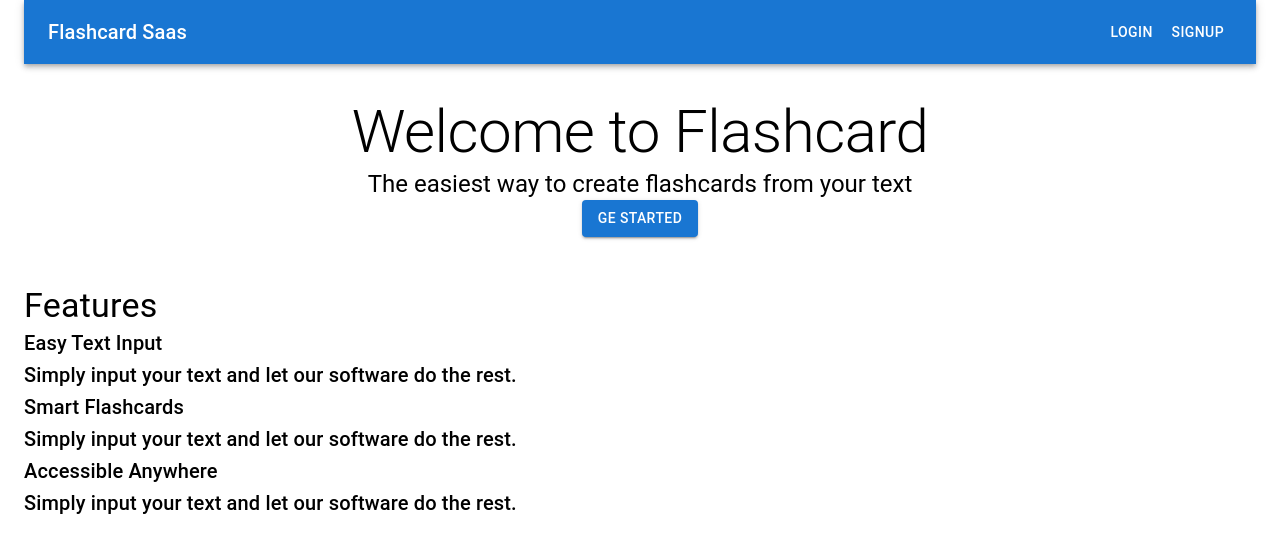
Repository: rakeshpuppala2590/AI-Flashcards-Stripe
Page: /
An editor plug-in stored every save of this project. The page is shown before and after the next save, followed by the edit.
The browser window is 1280 px wide. The pictures show the whole page.
The page's requests for data from a server got no answer. The project was rebuilt for these pictures with package versions that can differ from the ones it lists, and the page was loaded fresh each time. Some packages were replaced by stand-ins written for this rebuild. The framework's server and built-in components were replaced by stand-ins that run in the browser. No one was signed in, and anything a server would have sent is missing. Also part of the build but not shown: next.config.mjs.

Above is the page before, as saved 2024-08-12 14:53:10.

After the next save:
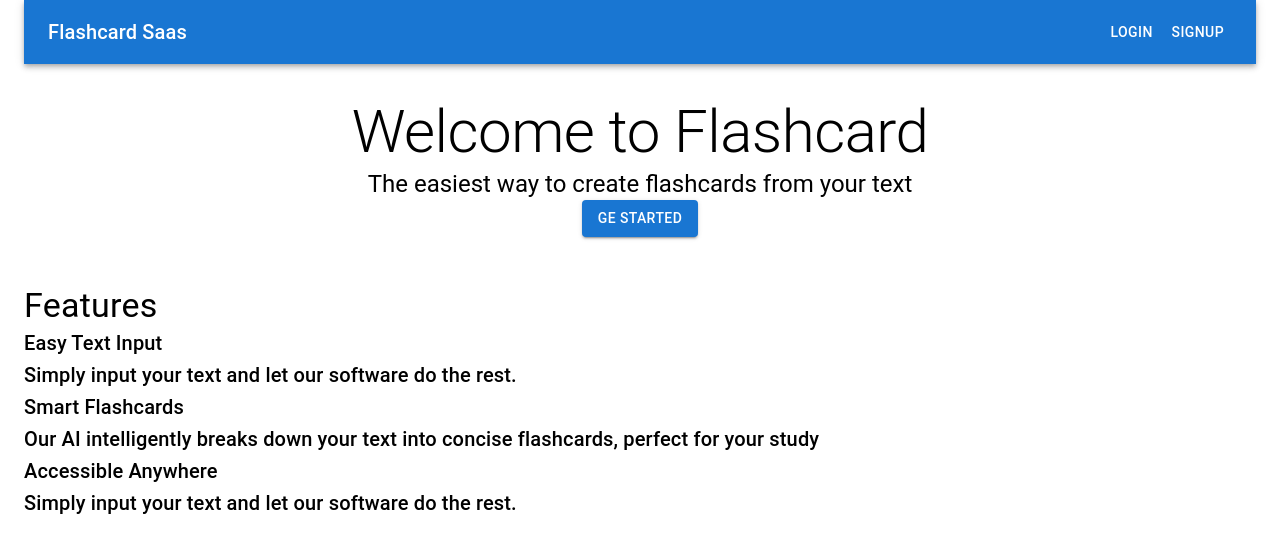
Saved 38 s later.
--- a/src/app/page.js
+++ b/src/app/page.js
@@ -68,7 +68,8 @@ export default function Home() {
             <Typography variant="h6">Smart Flashcards</Typography>
             <Typography variant="h6"> </Typography>
             <Typography variant="h6">
-              Simply input your text and let our software do the rest.
+              Our AI intelligently breaks down your text into concise
+              flashcards, perfect for your study
             </Typography>
           </Grid>
           <Grid item xs={12} md={4}>
